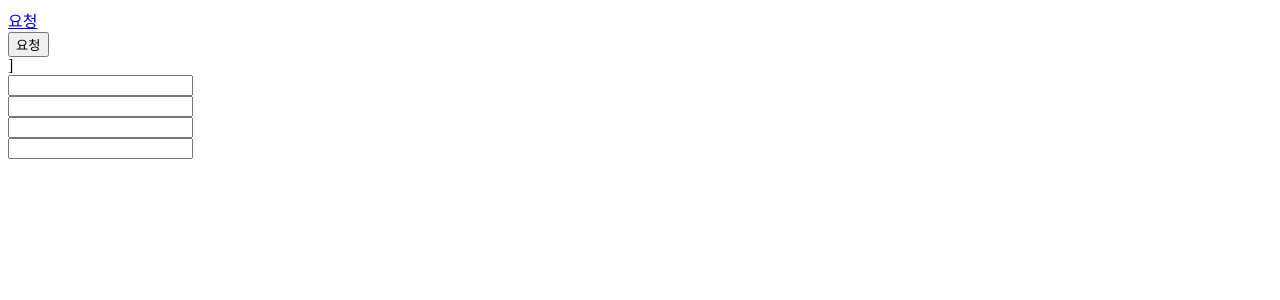
Repository: Audrey-1120/jspstudy
Page: 01_servlet/src/main/webapp/pkg02_request/NewFile.html
The author's editor kept a copy of each file at every save. The page is drawn from the files as they stood at one save, then again after the next save.
The browser window is 1280 px wide. The pictures show the whole page.

Above is the page before, as saved 2024-02-28 01:26:35.

### 01_servlet/src/main/webapp/pkg02_request/NewFile.html
<!DOCTYPE html>
<html>
<head>
<meta charset="UTF-8">
<title>Insert title here</title>
<script src="https://code.jquery.com/jquery-3.7.1.min.js" integrity="sha256-/JqT3SQfawRcv/BIHPThkBvs0OEvtFFmqPF/lYI/Cxo=" crossorigin="anonymous"></script>
</head>
<body>

  <!-- <a> 태그 요청 -->
  <div>
    <a id="link" data-number="10" data-number2="1.5">요청</a>
  </div>

  <script>
    var link = document.getElementById('link');
    link.href = '/servlet/request?number=' + link.dataset.number + '&number2=' + link.dataset.number2 ;
  </script>

  <!-- JavaScript : location 객체 요청 -->
  <div data-number="10">
    <button type="button" id="btn" data-number2="1.5">요청</button>
  </div>
  <script>

    // jQuery 이용하기
    let btn = $('#btn');
    btn.on('click', (evt) => {
      let number = $(evt.target).parent().data('number');
      let number2 = $(evt.target).data('number2');
      location.href = `/servlet/request?number=${number}&number2=${number2}`;
    })

  </script>

  <!-- <form> 태그 요청 -->]
  <form id="frm" method="post" action="/servlet/request">
    <div class="inp-wrap">
      <label for=""></label>
      <input type="" name="" id="">
    <div>
    <div class="inp-wrap">
      <label for=""></label>
      <input type="" name="" id="">
    </div>
    <div class="inp-wrap">
      <label for=""></label>
      <input type="" name="" id="">
    </div>
    <div class="inp-wrap">
      <label for=""></label>
      <input type="" name="" id="">
    </div>
  </form>


</body>
</html>

After the next save:
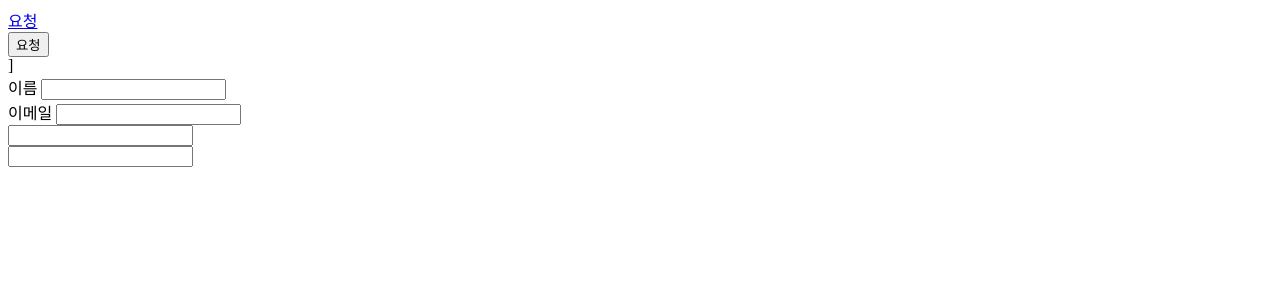
Saved 104 s later.
--- a/01_servlet/src/main/webapp/pkg02_request/NewFile.html
+++ b/01_servlet/src/main/webapp/pkg02_request/NewFile.html
@@ -36,12 +36,13 @@
   <!-- <form> 태그 요청 -->]
   <form id="frm" method="post" action="/servlet/request">
     <div class="inp-wrap">
-      <label for=""></label>
-      <input type="" name="" id="">
+      <label for="name">이름</label>
+      <input type="text" name="name" id="name">
+      <!-- 여기서 파라미터 이름은 name 속성에 적혀있는 것. -->
     <div>
     <div class="inp-wrap">
-      <label for=""></label>
-      <input type="" name="" id="">
+      <label for="email">이메일</label>
+      <input type="email" name="email" id="email">
     </div>
     <div class="inp-wrap">
       <label for=""></label>
